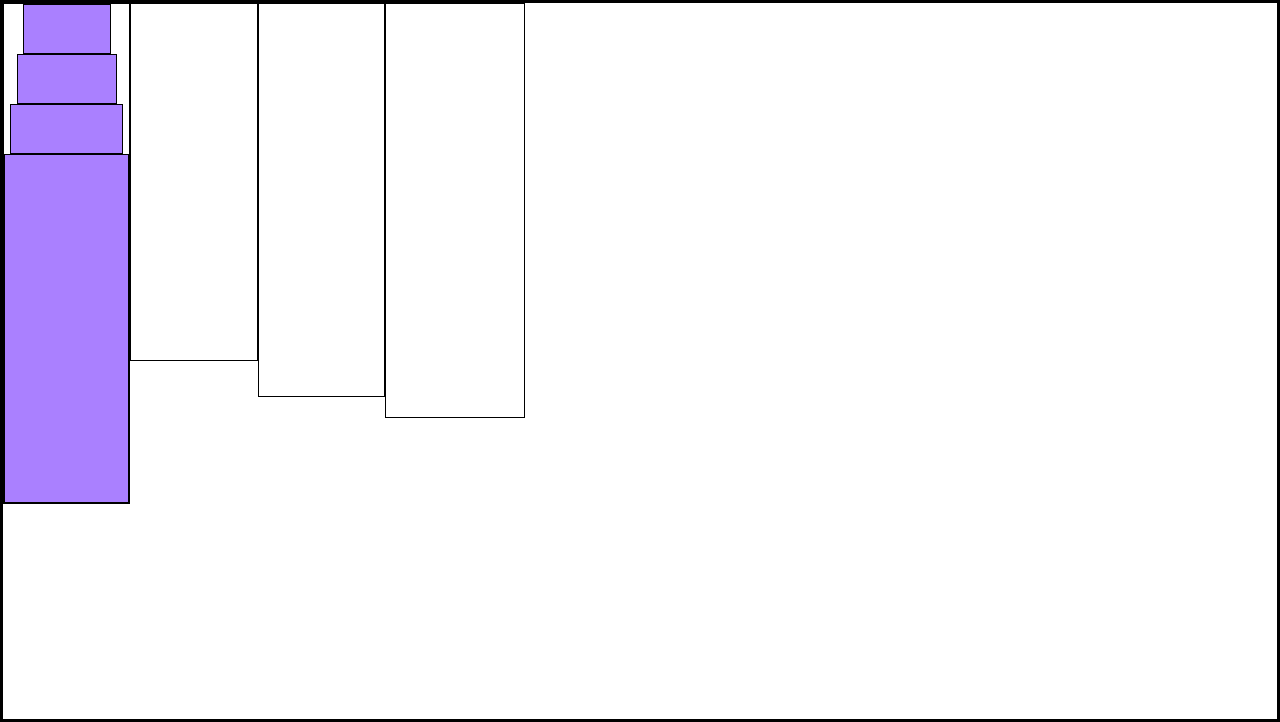
Repository: Lungdjos/city_skyline
Page: index.html
These files come from the project's save history. The page is drawn as it stood at one moment and after the next save; the edit follows.
The browser window is 1280 px wide. The pictures show the whole page.

Above is the page before, as saved 2023-12-11 09:49:03.

### index.html
<!DOCTYPE html>
<html lang="en">

<head>
    <meta charset="UTF-8">
    <meta name="viewport" content="width=device-width, initial-scale=1.0">
    <title>City Skyline</title>
    <link href="styles.css" rel="stylesheet" />
</head>

<body>
    <div class="background-buildings">
        <div class="bb1">
            <div class="bb1a"></div>
            <div class="bb1b"></div>
            <div class="bb1c"></div>
            <div class="bb1d"></div>
        </div>
        <div class="bb2"></div>
        <div class="bb3"></div>
        <div class="bb4"></div>
    </div>
</body>

</html>

### styles.css
* {
    border: 1px solid black;
    box-sizing: border-box;
}

body {
    height: 100vh;
    margin: 0;
    overflow: hidden;
}

.background-buildings {
    width: 100%;
    height: 100%;
    display: flex;
    align-items: ba;
    justify-content: flex-start;
}

.bb1 {
    width: 10%;
    height: 70%;
    display: flex;
    flex-direction: column;
    align-items: center;
    --building-color1: #aa80ff;
}

.bb1a {
    width: 70%;
    height: 10%;
    background-color: var(--building-color1);
}

.bb1b {
    width: 80%;
    height: 10%;
    background-color: var(--building-color1);
}

.bb1c {
    width: 90%;
    height: 10%;
    background-color: var(--building-color1);
}

.bb1d {
    width: 100%;
    height: 70%;
    background-color: var(--building-color1);
}

.bb2 {
    height: 50%;
    width: 10%;
}

.bb3 {
    width: 10%;
    height: 55%;
}

.bb4 {
    height: 58%;
    width: 11%;
}

After the next save:
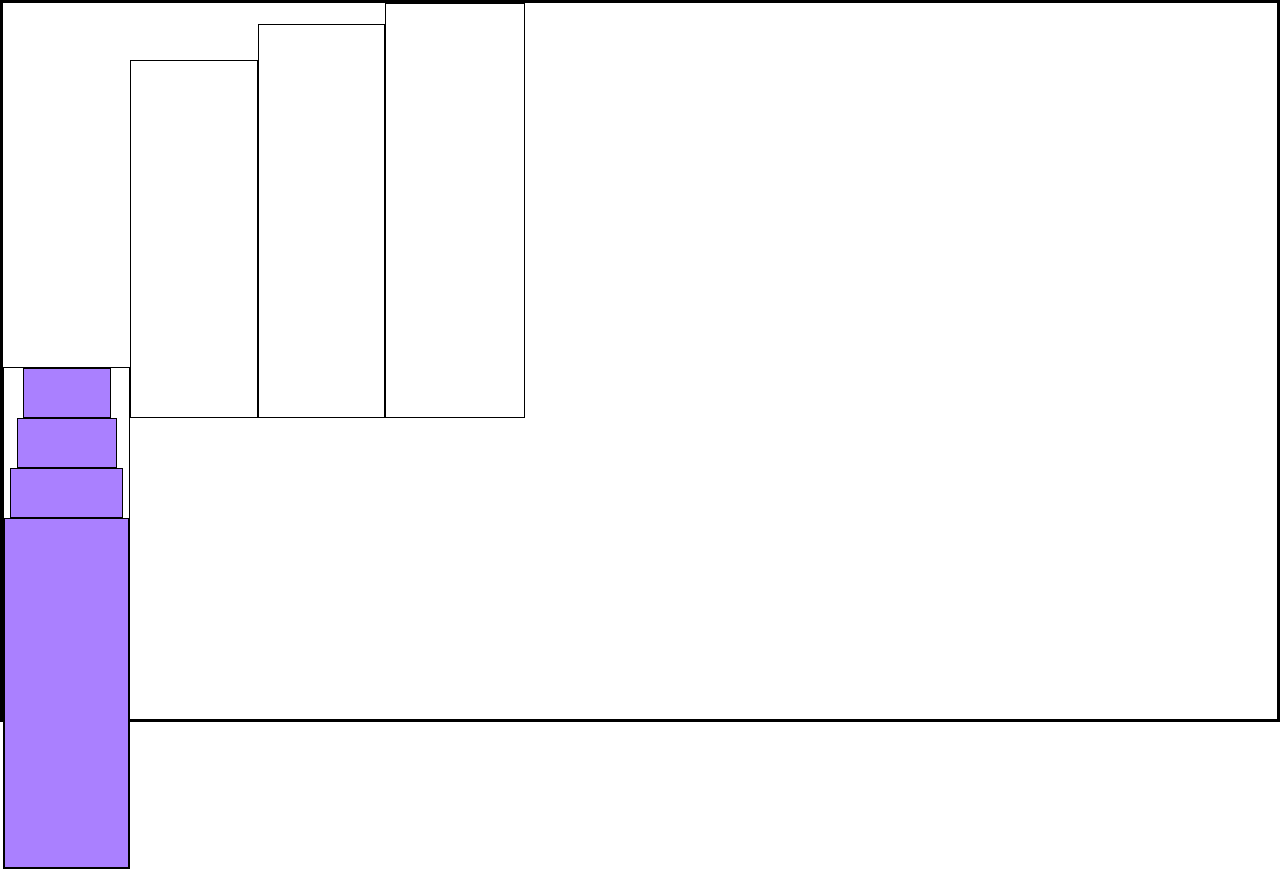
Saved 4 s later.
--- a/styles.css
+++ b/styles.css
@@ -13,7 +13,7 @@
     width: 100%;
     height: 100%;
     display: flex;
-    align-items: ba;
+    align-items: baseline;
     justify-content: flex-start;
 }
 

After the save that followed:
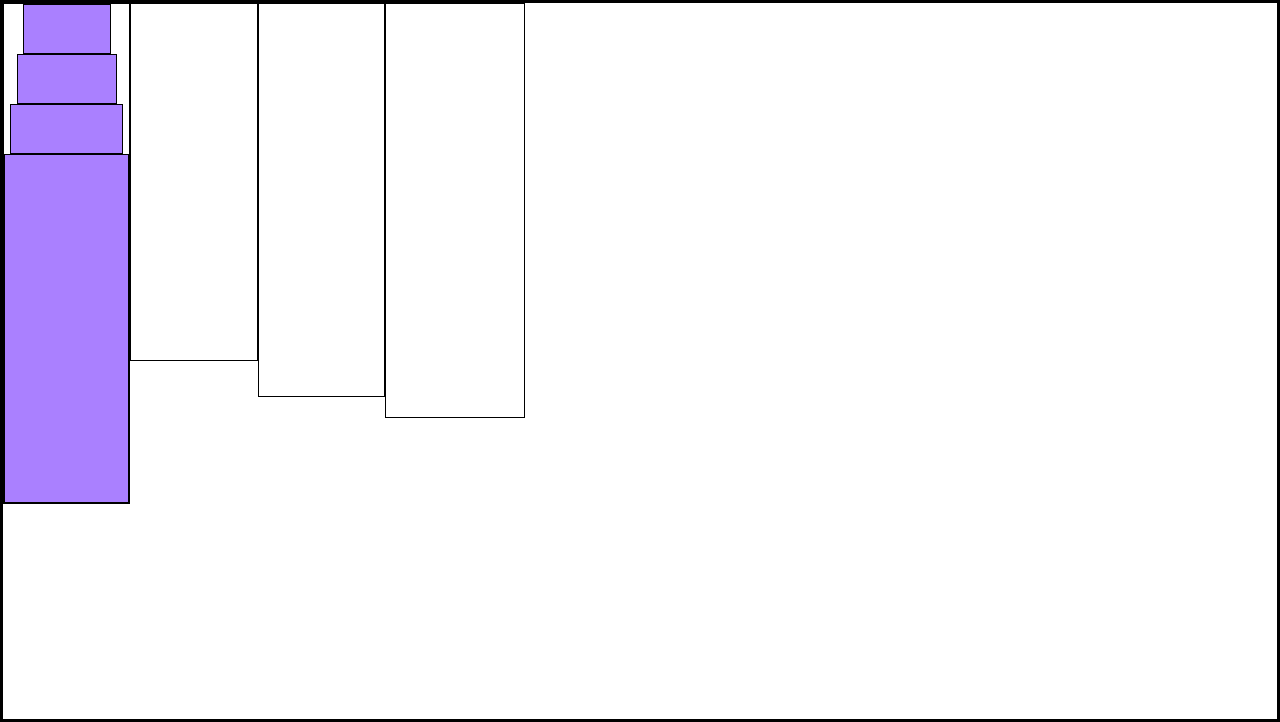
Saved 70 s later.
--- a/styles.css
+++ b/styles.css
@@ -13,7 +13,7 @@
     width: 100%;
     height: 100%;
     display: flex;
-    align-items: baseline;
+    fle align-items: baseline;
     justify-content: flex-start;
 }
 
